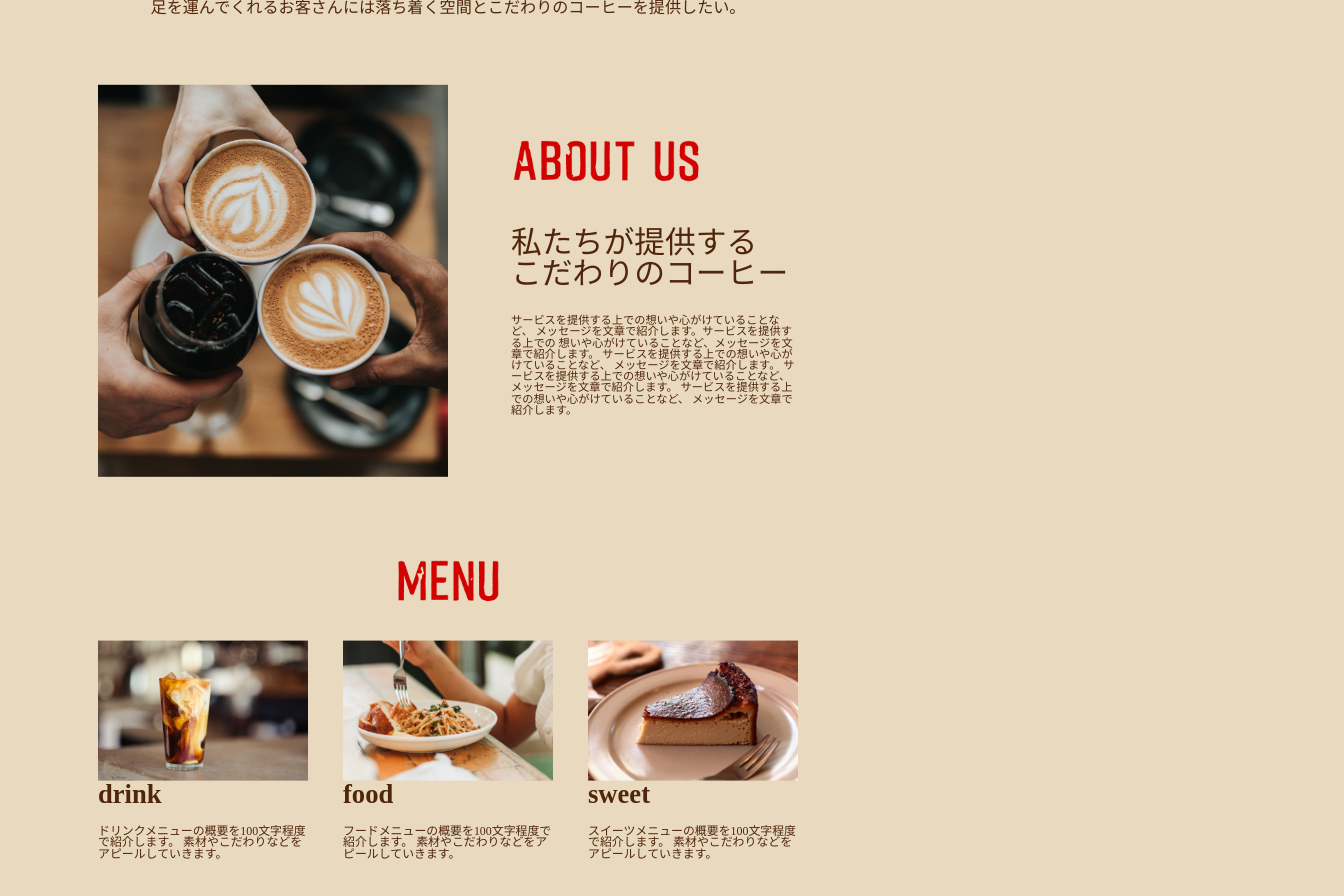
Repository: sonoyama01/dezasuta
Page: 第4回課題/index.html
An editor plug-in stored every save of this project. The page is shown before and after the next save, followed by the edit.
The browser window is 1280 px wide. The page is 1920 px wide, so the pictures cover 1920 px, including what lies to the right of the window. The pictures show the part of the page from y = 903 to 2183 px (the page is 3929 px tall), at 70% of full size.

Above is the page before, as saved 2024-05-11 20:33:39.

### 第4回課題/index.html
<!DOCTYPE html>
<html lang="ja">

<head>
    <meta charset="UTF-8">
    <meta name="viewport" content="width=device-width, initial-scale=1.0">
    <title>Desing Cafe</title>
    <link rel="stylesheet" href="./css/style.css">
</head>

<body>
    <!-- ヘッダー -->
    <header>
        <div class="header_slide">
            <div class="mv">
                <img src="./images/pc_first-100.jpg" alt="店内の様子">
            </div>
        </div>
        <div class="header_wrap">
            <h1 class="header_logo">
                <img src="./images/design_cafe_logo_header@2x.png" alt="desind cafe">
            </h1>
            <nav class="pc_nav">
                <ul>
                    <li><a href="#about_us">ABOUT US</a></li>
                    <li><a href="#menu">MENU</a></li>
                    <li><a href="#gallery">GALLERY</a></li>
                    <li><a href="#event">EVENT</a></li>
                    <li><a href="#">ACCESS</a></li>
                </ul>
            </nav>
        </div>
    </header>
    <div class="catch_copy">
        <p class="catch_copy_ja"><span class="en">Have a happy day From a cup of coffee.</span><br>
            ハッピーに溢れる1日を<br>
            1杯のコーヒーから。</p><!-- /.catch_copy -->
        <p class="catch_copy_text">毎日を丁寧に大切に過ごしたい。だからこそ一杯一杯丁寧にコーヒーを入れ<br>
            足を運んでくれるお客さんには落ち着く空間とこだわりのコーヒーを提供したい。</p>
    </div><!-- /.catch_copy -->

    <!-- ABOUT US -->
    <section id="about_us">
        <div class="wrap">
            <div class="about_us">
                <div class="about_us_im"><img src="./images/pc_about-100.jpg" alt="about us"></div>
                <div class="about_us_text">
                    <h2><img src="./images/about_us@2x.png" alt=""></h2>
                    <p class="about_us_concept">私たちが提供する<br>
                        こだわりのコーヒー</p><!-- /.about_us_concept -->
                    <p class="about_us_texts">
                        サービスを提供する上での想いや心がけていることなど、
                        メッセージを文章で紹介します。サービスを提供する上での
                        想いや心がけていることなど、メッセージを文章で紹介します。
                        サービスを提供する上での想いや心がけていることなど、
                        メッセージを文章で紹介します。
                        サービスを提供する上での想いや心がけていることなど、
                        メッセージを文章で紹介します。
                        サービスを提供する上での想いや心がけていることなど、
                        メッセージを文章で紹介します。
                    </p><!-- /.about_us_text -->
                </div>

            </div><!-- /.about_us -->
        </div><!-- /.wrap -->
    </section><!-- /#about_us -->

    <!-- MENU -->
    <section id="menu">
        <div class="wrap">
            <h2><img src="./images/menu@2x.png" alt="menu"></h2>
            <div class="menu">
                <div class="menu_item">
                    <img src="./images/pc_menu_drink-100.jpg" alt="drink">
                    <h3>drink</h3>
                    <p class="menu_tx">ドリンクメニューの概要を100文字程度で紹介します。
                        素材やこだわりなどをアピールしていきます。</p><!-- /.menu_tx -->
                </div><!-- /.menu_item -->
                <div class="menu_item">
                    <img src="./images/pc_menu_food-100.jpg" alt="food">
                    <h3>food</h3>
                    <p class="menu_tx">フードメニューの概要を100文字程度で紹介します。
                        素材やこだわりなどをアピールしていきます。</p><!-- /.menu_tx -->
                </div><!-- /.menu_item -->
                <div class="menu_item">
                    <img src="./images/pc_menu_sweets-100.jpg" alt="sweet">
                    <h3>sweet</h3>
                    <p class="menu_tx">スイーツメニューの概要を100文字程度で紹介します。
                        素材やこだわりなどをアピールしていきます。</p><!-- /.sweet -->
                </div><!-- /.menu_item -->
            </div><!-- /.menu_fx -->
        </div><!-- /.wrap -->
    </section><!-- /#menu -->

    <!-- GALLERY -->
    <section id="gallery">
        <h2><img src="./images/gallery@2x.png" alt="gallery"></h2>
        <div class="gallery">
            <img src="./images/pc_gallary_01-100.jpg" alt="">
            <img src="./images/pc_gallary_02-100.jpg" alt="">
            <img src="./images/pc_gallary_03-100.jpg" alt="">
            <img src="./images/pc_gallary_04-100.jpg" alt="">
            <img src="./images/pc_gallary_05-100.jpg" alt="">
        </div><!-- /.gallery -->
    </section><!-- /#gallery -->

    <!-- EVENT -->
    <section id="event">
        <h2><img src="./images/event@2x.png" alt="event"></h2>
        <div class="event">
            <dl>
                <div class="event_item">
                    <dt><time datetime="2020-06-23">2020.06.23</time></dt>
                    <dd>7月はイベント出店のため0/0お休みします</dd>
                </div>
                <div class="event_item">
                    <dt><time datetime="2020-03-15">2020.03.15</time></dt>
                    <dd>春の新商品新発売。話題のあのブランドとコラボ</dd>
                </div>
                <div class="event_item">
                    <dt><time datetime="2020-02-06">2020.02.06</time></dt>
                    <dd>コーヒーの日で30&percnt;OFFイベントを開催&lbrack;3日間限定&rbrack;</dd>
                </div>
            </dl>
        </div>
    </section><!-- /#event -->

    <!-- ACCESS -->
    <section id="access">
        <h2><img src="./images/access@2x.png" alt="access"></h2>
        <div class="access_map">
            <iframe
                src="https://www.google.com/maps/embed?pb=!1m18!1m12!1m3!1d51866.86352324437!2d139.69264382094036!3d35.66028032190313!2m3!1f0!2f0!3f0!3m2!1i1024!2i768!4f13.1!3m3!1m2!1s0x60188bbd9009ec09%3A0x481a93f0d2a409dd!2z5p2x5Lqs44K_44Ov44O8!5e0!3m2!1sja!2sjp!4v1715176213624!5m2!1sja!2sjp"
                width="100%" height="471" style="border:0;" allowfullscreen="" loading="lazy"
                referrerpolicy="no-referrer-when-downgrade"></iframe>
        </div>
    </section><!-- /#access -->

    <!-- フッター -->
    <footer>
        <div class="footer_wrap">
            <img src="./images/design_cafe_logo_footer@2x.png" alt="design cafe">
            <p class="footer_text">
                OPEN 18:00 / CLOSE 24:00 <br>
                〒150-0022<br>
                東京都渋谷区東京南123デザインビルB1<br>
                MAIL&colon;info@designcafe.tokyo
            </p>
        </div>
        <small id="footer_copyright">
            &copy;2021 DESIGN CAFE
        </small>
    </footer>
</body>

</html>

### 第4回課題/css/style.css
@charset "utf-8";

/* cssリセット */

/*利用するタグによってこちらの内容は増やす*/

html,
body,
h1,
h2,
h3,
p,
dl,
dt,
dd,
ul,
li {
  margin: 0;
  padding: 0;
  line-height: 1;
  /*デフォルトの文字色、font-familyを予め当てておく*/
  color: #4f260b;
  font-family: "游明朝", YuMincho, "Hiragino Mincho ProN W3",
    "ヒラギノ明朝 ProN W3", "Hiragino Mincho ProN", "HG明朝E", "ＭＳ Ｐ明朝",
    "ＭＳ 明朝", serif;
}

a {
  /*下線を消す*/
  text-decoration: none;
  /*色を消す*/
  color: inherit;
  transition: 0.3s;
}

a:hover {
  opacity: 0.5;
}

ul {
  /*左の「・」を消す*/
  list-style: none;
}

img {
  max-width: 100%;
  vertical-align: bottom;
  border: none;
}

body {
  background-color: #e8d9bf;
  font-size: 23px;
}

/* ヘッダー */
.pc_nav ul {
  display: flex;
  gap: 55px;
}

.pc_nav ul li {
  width: 105px;
  text-align: center;
  color: #ffffff;
  font-weight: bold;
  font-size: 18px;
  font-family: YuGothic, "Yu Gothic", sans-serif, "Hiragino Sans W3",
    "Hiragino Kaku Gothic ProN", "ヒラギノ角ゴ ProN W3", "メイリオ", Meiryo,
    "ＭＳ Ｐゴシック", "MS PGothic", sans-serif;
}

.header_logo {
  width: 226px;
}

.header_wrap {
  display: flex;
  justify-content: space-between;
  align-items: center;
  padding: 0 7% 0 3%;
  position: absolute;
  top: 0;
  left: 0;
  width: 100%;
  box-sizing: border-box;
}
.mv{
  margin-bottom: 107px;
}

/* ============================
* キャッチコピー
* ========================= */
.catch_copy {
  text-align: center;
}
.en {
  display: inline-block;
  font-size: 30px;
  padding-bottom: 57px;
}
.catch_copy_ja {
  font-size: 82px;
  margin-bottom: 45px;
}
.catch_copy_text{
  margin-bottom: 99px;
}

/* ============================
* ABOUT US
* ========================= */
.about_us {
  display: flex;
  justify-content: space-between;
  margin-bottom: 108px;
}
.about_us_im {
  width: 50%;
}
.about_us_im im{
  border-bottom-right-radius: 82px;
}
#about_us h2 {
  width: 272px;
  margin-top: 68px;
  margin-bottom: 58px;
}
.about_us_concept {
  font-size: 44px;
  margin-bottom: 37px;
}
.about_us_text {
  width: 41%;
}
.about_us_texts {
  font-size: 16px;
}
.wrap {
  max-width: 1000px;
  margin: 0 auto;
  padding: 0 10px;
}

/* ============================
* MENU
* ========================= */
#menu{
  margin-bottom: 100px;
}
#menu h2 {
  width: 151px;
  margin: 0 auto 48px;
}
.menu {
  display: flex;
  justify-content: space-between;
}
.menu_item {
  width: 30%;
}

h3 {
  font-size: 38px;
  margin-bottom: 25px;
}

.menu_tx {
  font-size: 17px;
}

/* ============================
* GALLERY
* ========================= */
#gallery{
  margin-bottom: 71px;
}
#gallery h2 {
  max-width: 1000px;
  width: 245px;
  margin: 0 auto 26px;
}
.gallery {
  display: flex;
}

/* ============================
* EVENT
* ========================= */
#event{
  margin-bottom: 80px;
}
#event h2 {
  width: 174px;
  margin: 0 auto 39px;
}
.event_item {
  display: flex;
}

.event {
  max-width: 1000px;
  padding: 10px;
  border: 4px solid #4f260b;
  margin: 0 auto;
}

/* ============================
* ACCESS
* ========================= */
#access h2 {
  width: 213px;
  margin: 0 auto 46px;
}
.access_map {
  max-width: 100%;
}

/* ============================
* フッター
* ========================= */
footer{
  background-color: #fff;
}

footer img {
  width: 227px;
}
.footer_text {
  font-size: 20px;
  margin-left: 69px;
}
.footer_wrap {
  display: flex;
  margin-bottom: 77px;
  padding-top: 76px;
}
#footer_copyright {
  display: block;
  font-size: 16px;
  text-align: center;
  padding-bottom: 78px;
}

After the next save:
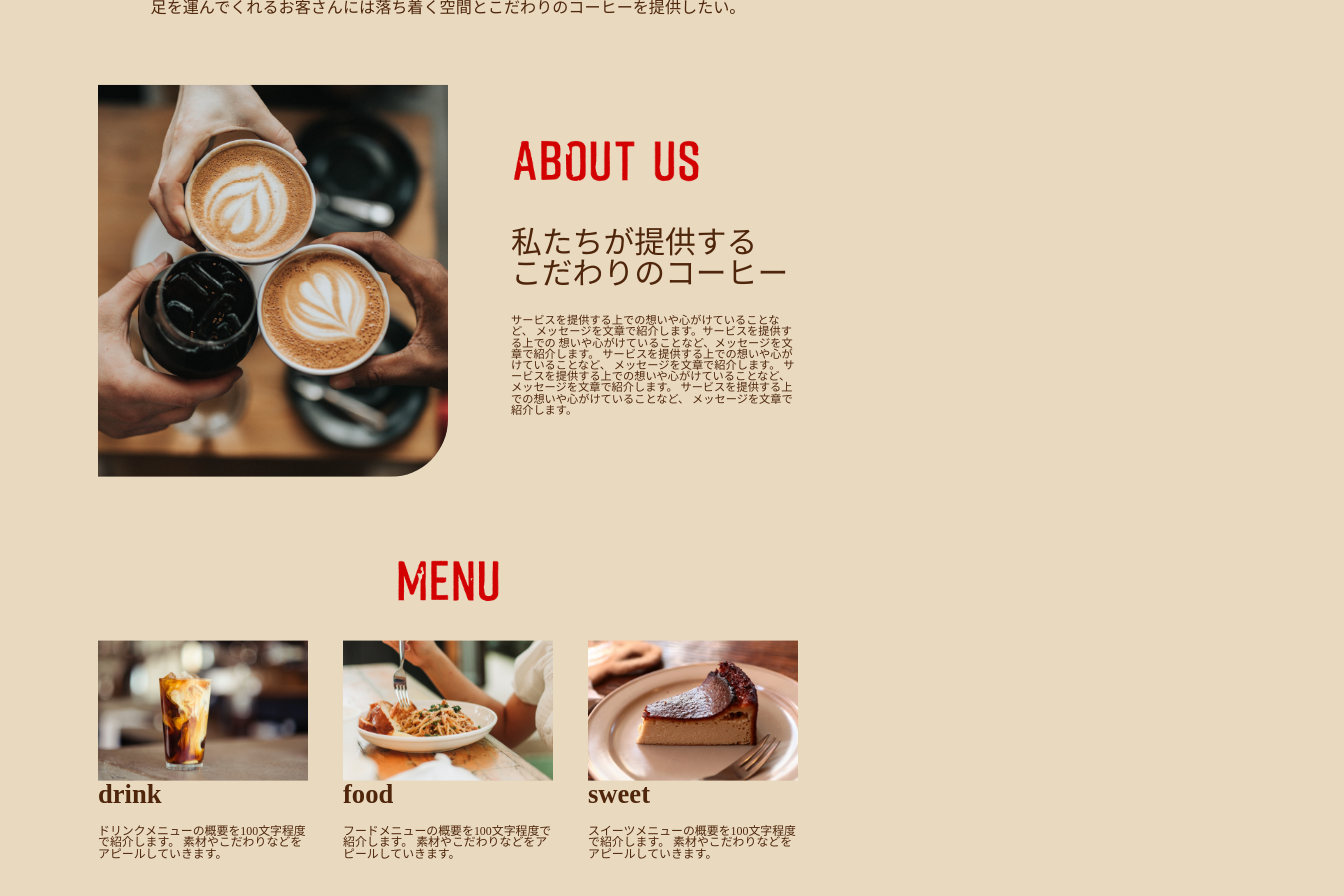
Saved 77 s later.
--- a/第4回課題/css/style.css
+++ b/第4回課題/css/style.css
@@ -119,7 +119,7 @@ body {
 .about_us_im {
   width: 50%;
 }
-.about_us_im im{
+.about_us_im img{
   border-bottom-right-radius: 82px;
 }
 #about_us h2 {
